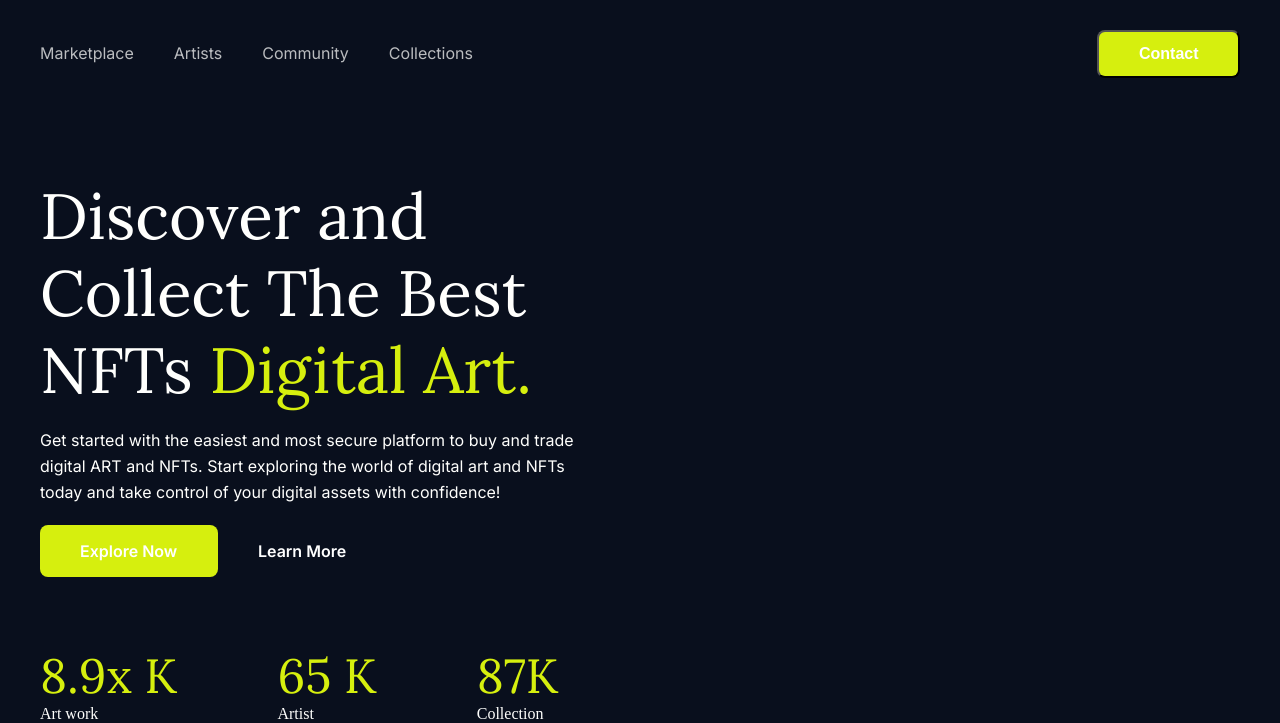
Repository: Kamron5505/NftMarketplace
Page: index.html
These files come from the project's save history. The page is drawn as it stood at one moment and after the next save; the edit follows.
The browser window is 1280 px wide. The pictures show the whole page.

Above is the page before, as saved 2025-07-08 13:33:44.

### index.html
<!DOCTYPE html>
<html lang="en">

<head>
    <meta charset="UTF-8">
    <meta name="viewport" content="width=device-width, initial-scale=1.0">
    <title>NFTMarketplace Landing</title>
    <link rel="stylesheet" href="./style.css">
    <link
        href="https://fonts.googleapis.com/css2?family=Inter:wght@400;600;700&family=Source+Sans+Pro:wght@400;600;700&family=Lora:wght@400;700&display=swap"
        rel="stylesheet">

</head>

<body>
    <header class="header">
        <div class="container">
            <nav class="nav">
                <ul class="nav-list">
                    <li class="nav-item"><a href="#" class="nav-link">Marketplace</a></li>
                    <li class="nav-item"><a href="#" class="nav-link">Artists</a></li>
                    <li class="nav-item"><a href="#" class="nav-link">Community</a></li>
                    <li class="nav-item"><a href="#" class="nav-link">Collections</a></li>
                </ul>
                <button class="header-contact-btn">Contact</button>
            </nav>
        </div>
    </header>
    <main class="main">
        <section class="nft-section">
            <div class="container">
                <div class="nft-wrapper">
                    <div class="content-left">
                        <h1 class="title">
                            Discover and <br>
                            Collect The Best <br>
                            NFTs <span class="highlight"> Digital Art.</span>
                        </h1>

                        <p class="description">
                            Get started with the easiest and most secure platform to buy and trade digital ART and NFTs.
                            Start exploring the world of digital art and NFTs today and take control of your digital
                            assets with confidence!
                        </p>

                        <div class="buttons">
                            <a href="#" class="btn btn-primary">Explore Now</a>
                            <a href="#" class="btn btn-secondary">Learn More</a>
                        </div>

                        <div class="stats">
                            <div class="stat">
                                <div class="number">8.9x <span>K</span></div>
                                <div class="label">Art work</div>
                            </div>
                            <div class="stat">
                                <div class="number">65 <span>K</span></div>
                                <div class="label">Artist</div>
                            </div>
                            <div class="stat">
                                <div class="number">87<span>K</span></div>
                                <div class="label">Collection</div>
                            </div>
                        </div>
                    </div>
                    <!-- <div class="content-right">
                        <div class="card">
                            <img src="nft-image.jpg" alt="NFT Image" class="card-image">
                            <div class="card-info">
                                <div class="card-timer">
                                    <span>Ends in</span>
                                    <span class="time">05:45:47</span>
                                </div>
                                <div class="card-bid">
                                    <span>Current bid</span>
                                    <span class="eth">0.24 ETH</span>
                                </div>
                                <a href="#" class="btn btn-bid">Place A Bid</a>
                            </div>
                        </div>
                    </div> -->
                </div>
            </div>
        </section>
    </main>
</body>

</html>

### style.css
@font-face {
    font-family: 'Canela';
    src: url('../fonts/Canela-Bold.woff2') format('woff2');
    font-weight: bold;
    font-style: medium;
}

* {
    margin: 0;
    padding: 0;
    text-decoration: none;
    list-style: none;
    box-sizing: border-box;
}

body {
    background: #090f1d;
    color: #fffffd;
}

:root {
    --font-family: "Inter", sans-serif;
    ---family: "Source Sans Pro", sans-serif;
    --font-family: "Lora", sans-serif;
}

h1,
h2,
h3,
h4,
h5,
h6 {
    font-family: "Lora", sans-serif;
    font-weight: bold;
    font-weight: 500;
    font-size: 64px;
    line-height: 120%;
    color: #fffffd;
}

:root {
    --font-family: "Inter", sans-serif;
    --second-family: "Source Sans Pro", sans-serif;
    --third-family: "Lora", sans-serif;
}

.highlight {
    color: #d6ef0e;
}

.header {
    margin-top: 30px;
    font-family: "Inter", sans-serif;
}

.container {
    width: 1200px;
    margin: 0 auto;
}

.nav {
    display: flex;
    align-items: center;
    justify-content: space-between;
}

.nav-list {
    display: flex;
    gap: 40px;
}


.nav-link {
    font-weight: 400;
    font-size: 16px;
    line-height: 160%;
    color: rgba(255, 255, 253, 0.72);
}

.nav-link:hover {
    border-bottom: 1px solid #d6ef0e;
    width: 94px;
    height: 26px;
    transition: all 0.3s ease;
}

.header-contact-btn {
    background: #d6ef0e;
    border-radius: 8px;
    padding: 12px 40px;
    width: 143px;
    height: 48px;
    font-weight: 700;
    font-size: 16px;
    line-height: 120%;
    color: #fff;
}



.nft-section {
    margin-top: 100px;
}


.nft-wrapper {}

.content-left {}

.title {}

.highlight {}

.description {
    font-family: "Inter", sans-serif;
    font-weight: 400;
    font-size: 16px;
    width: 544px;
    line-height: 160%;
    color: #fffffd;
    margin-top: 20px;
}

.buttons {
    display: flex;
    gap: 40px;
    align-items: center;
    margin-top: 20px;
}

.btn {
    font-family: "Inter", sans-serif;
    font-weight: 600;
    font-size: 16px;
    color: #fff;
}

.btn-primary {

    align-items: center;
    line-height: 120%;
    display: flex;
    border-radius: 8px;
    padding: 12px 40px;
    width: 178px;
    height: 52px;
    background: #d6ef0e;
}

.btn-secondary {}

.stats {
    display: flex;
    gap: 100px;
    margin-top: 70px;

}

.stat {
    display: flex;
    flex-direction: column;
}

.number {
    font-weight: 500;
    font-size: 48px;
    line-height: 120%;
    font-family: "Lora", sans-serif;
    color: #d6ef0e;
}

.label {}

After the next save:
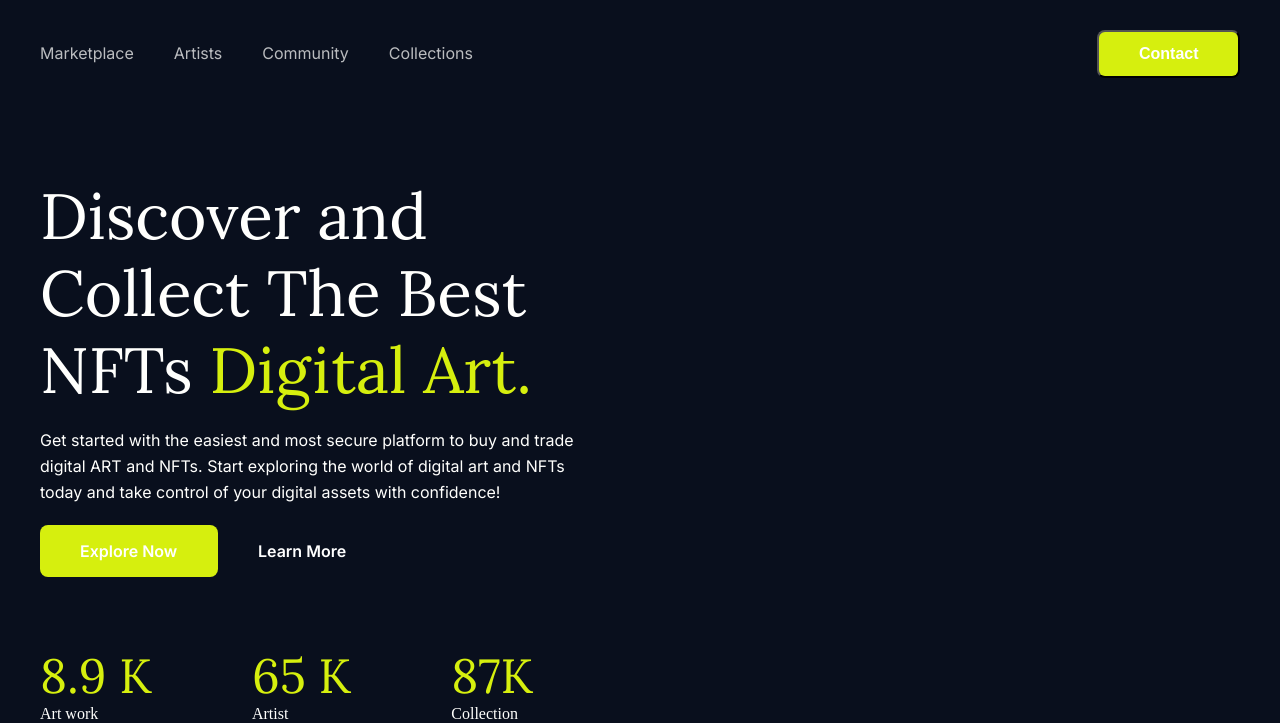
Saved 9 s later.
--- a/index.html
+++ b/index.html
@@ -50,7 +50,7 @@
 
                         <div class="stats">
                             <div class="stat">
-                                <div class="number">8.9x <span>K</span></div>
+                                <div class="number">8.9 <span>K</span></div>
                                 <div class="label">Art work</div>
                             </div>
                             <div class="stat">
